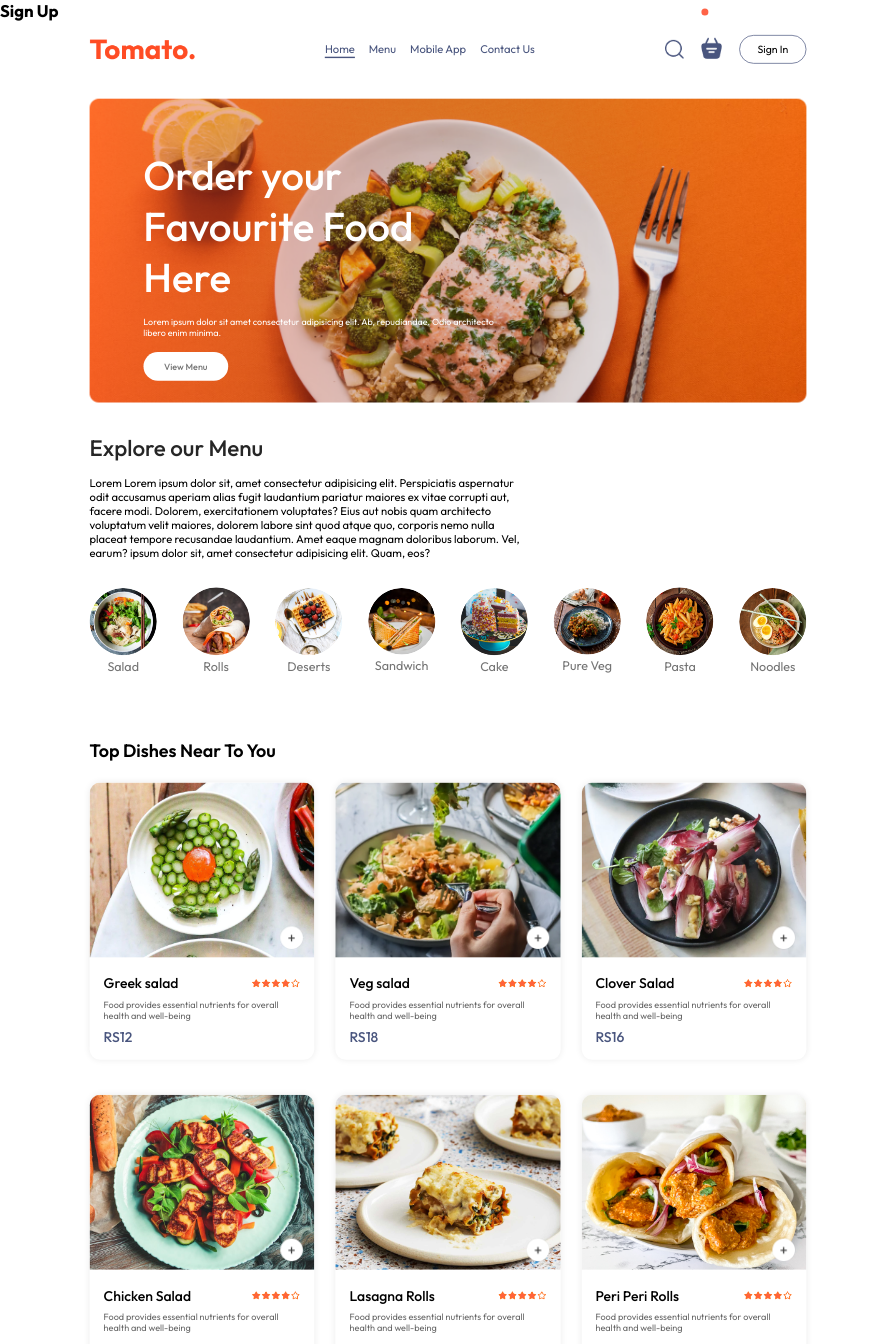
Repository: Attar786/Food-ordering-app
Page: / (app in frontend/), after clicking the first element matching `button`
These files come from the project's save history. The page is drawn as it stood at one moment and after the next save; the edit follows.
The browser window is 1280 px wide. The pictures show the part of the page from y = 0 to 1920 px (the page is 6762 px tall before and 6786 px after), at 70% of full size.
The project was rebuilt for these pictures with package versions that can differ from the ones it lists, and the page was loaded fresh each time. Also part of the build but not shown: frontend/vite.config.js, frontend/src/pages/Cart/Cart.css, frontend/src/pages/Cart/Cart.jsx, frontend/src/pages/PlaceOrder/PlaceOrder.css, frontend/src/pages/PlaceOrder/PlaceOrder.jsx, frontend/src/components/LoginPopup/LoginPopup.css.

Above is the page before, as saved 2024-07-29 20:27:27.

After the next save:
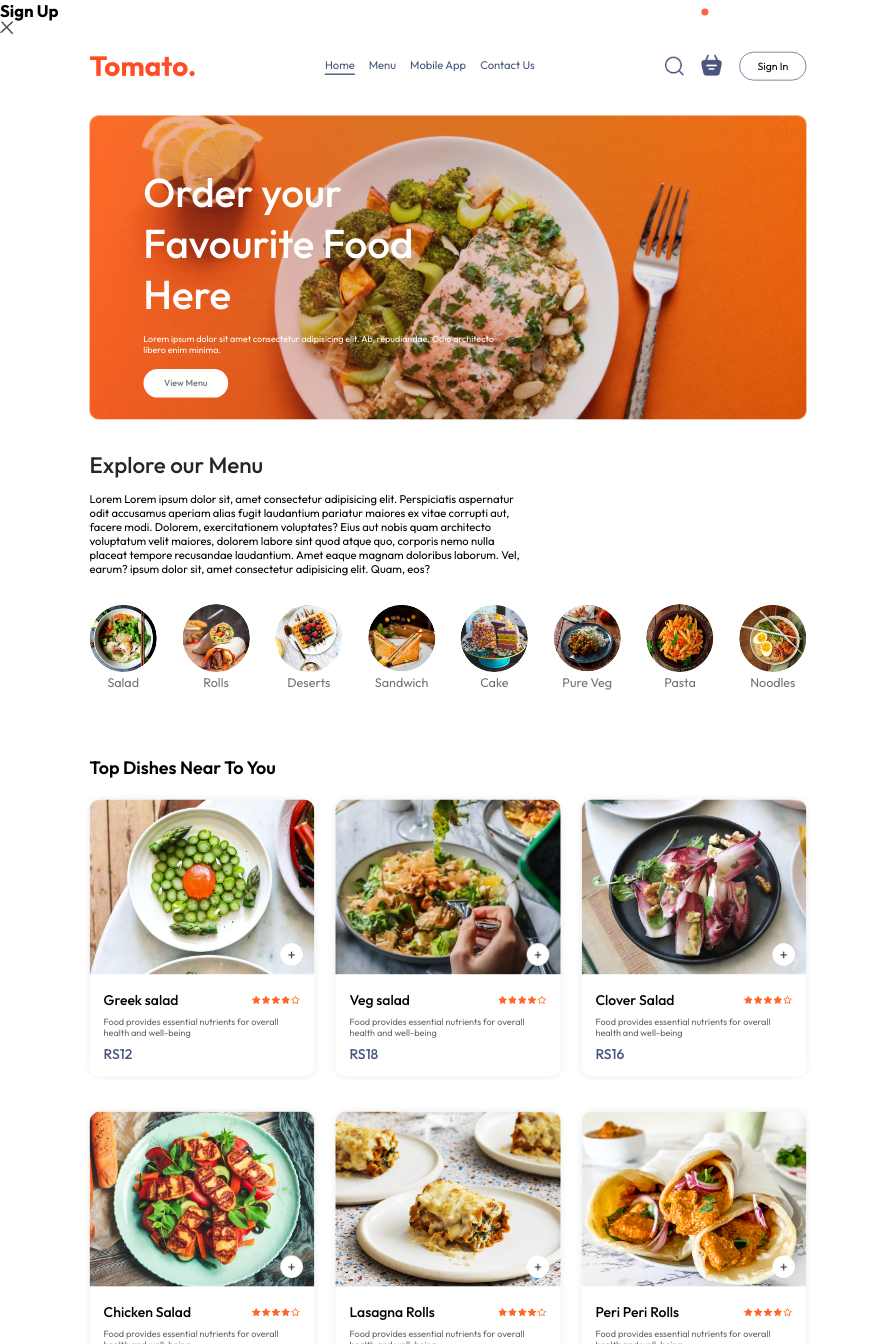
Saved 54 s later.
--- a/frontend/src/components/LoginPopup/LoginPopup.jsx
+++ b/frontend/src/components/LoginPopup/LoginPopup.jsx
@@ -1,6 +1,7 @@
 import { useState } from "react"
 import "./LoginPopup.css"
-const LoginPopup = () => {
+import { assets } from "../../assets/assets"
+const LoginPopup = ({setShowLogin}) => {
   const [currState, setCurrState] = useState("Sign Up")
 
   return (
@@ -10,6 +11,7 @@ const LoginPopup = () => {
       <div className="login-popup-title">
 <h2>  {currState}
 </h2>
+<img src={assets.cross_icon} alt="" />
       </div>
 
 
